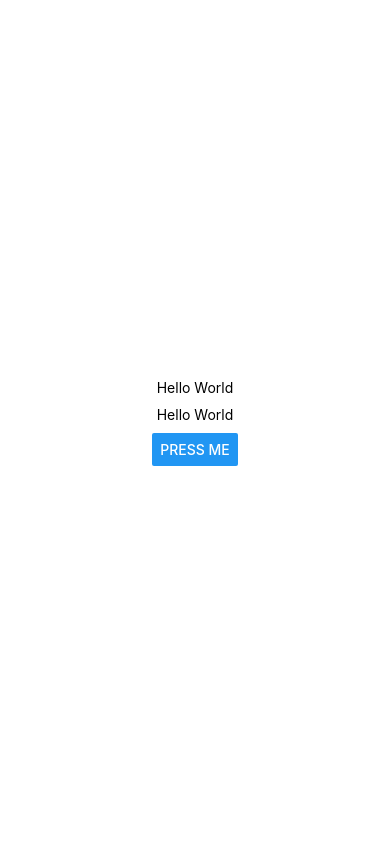
Repository: thezaidbintariq/RNCourse
Screen: /
The author's editor kept a copy of each file at every save. The screen is drawn from the files as they stood at one save, then again after a run of saves.
The app was drawn by React Native's web renderer in a window 390 px wide. The project was rebuilt for these pictures with package versions that can differ from the ones it lists, and the page was loaded fresh each time.

Above is the screen before, as saved 2022-08-07 16:06:32.

After the next 6 saves:
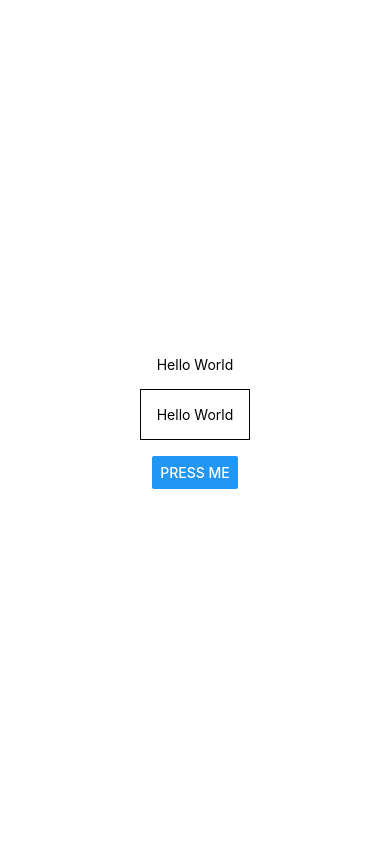
The 6 saves are shown as one change because they came seconds apart.
The last was saved 17 s later.
--- a/App.js
+++ b/App.js
@@ -7,9 +7,7 @@ export default function App() {
         <Text>Hello World</Text>
       </View>
 
-        <Text style={{
-          margin: 10
-        }}>
+        <Text style={styles.dummyText}>
           Hello World
           </Text>
         <Button title="Press Me" />
